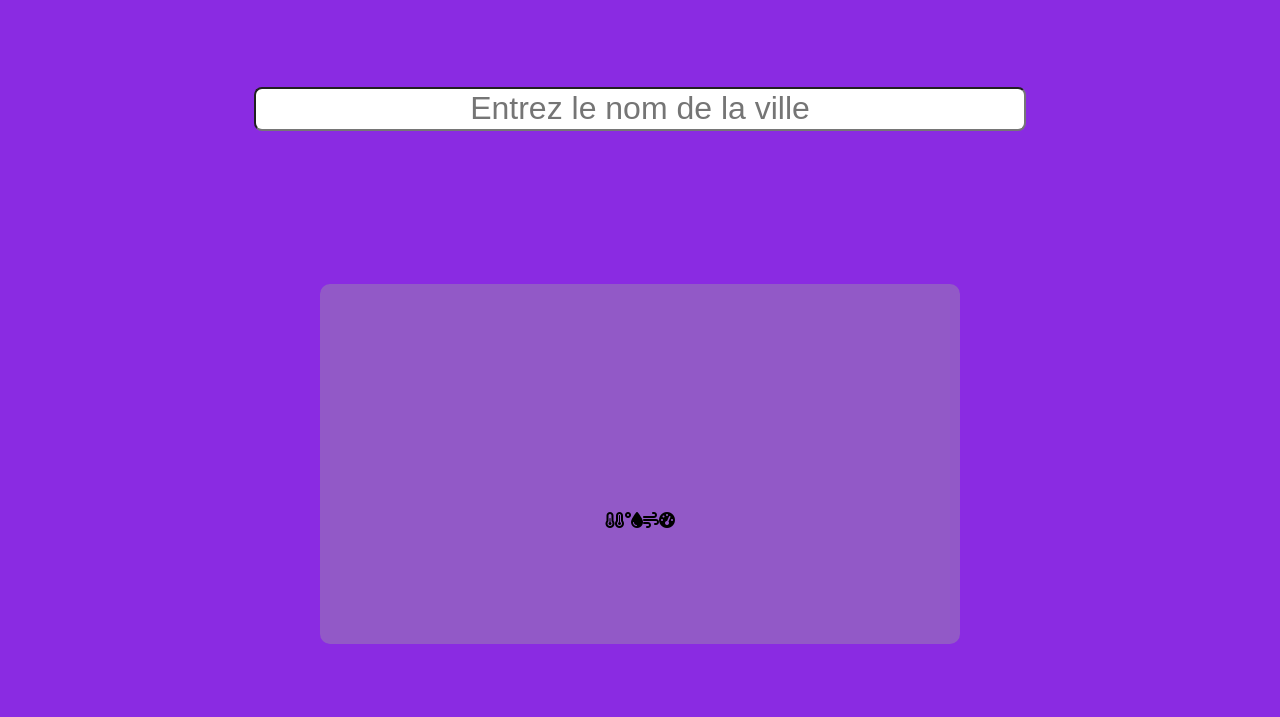
Repository: JeffnyAugustin/MyWeatherApp
Page: index.html
The author's editor kept a copy of each file at every save. The page is drawn from the files as they stood at one save, then again after the next save.
The browser window is 1280 px wide. The pictures show the whole page.

Above is the page before, as saved 2023-11-14 18:22:18.

After the next save:
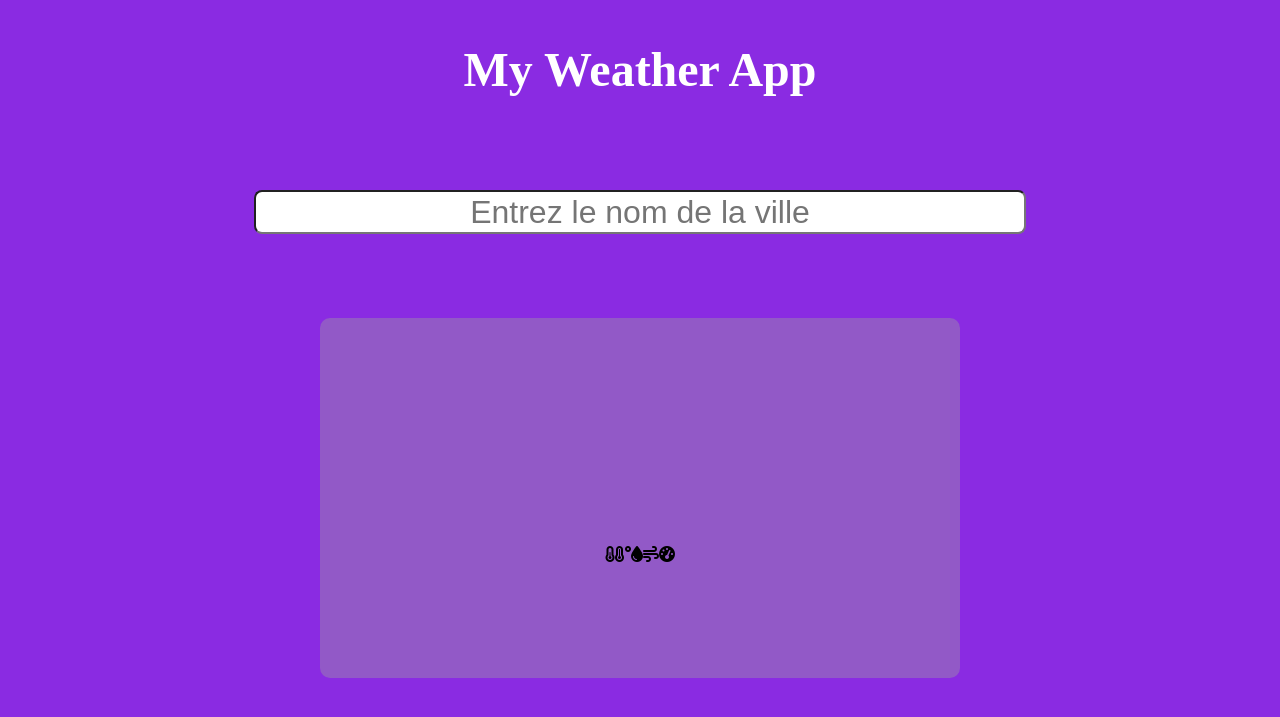
Saved 15 s later.
--- a/js/script.js
+++ b/js/script.js
@@ -183,7 +183,7 @@ weather.append(temperatureDiv, feelsLikeDiv, humidityDiv, windDiv, pressureDiv);
 newDiv.append(infoCityDiv, weather); // ajout du conteneur Weather à newDiv
 infoCityDiv.append(cityName, cityImgDiv)
 cityImgDiv.append(image, descriptionDiv)
-divContain.append(inputSearch, newDiv); // ajout de tous les éléments à divContain
+divContain.append(heading, inputSearch, newDiv); // ajout de tous les éléments à divContain
 document.body.appendChild(divContain);
 
 
